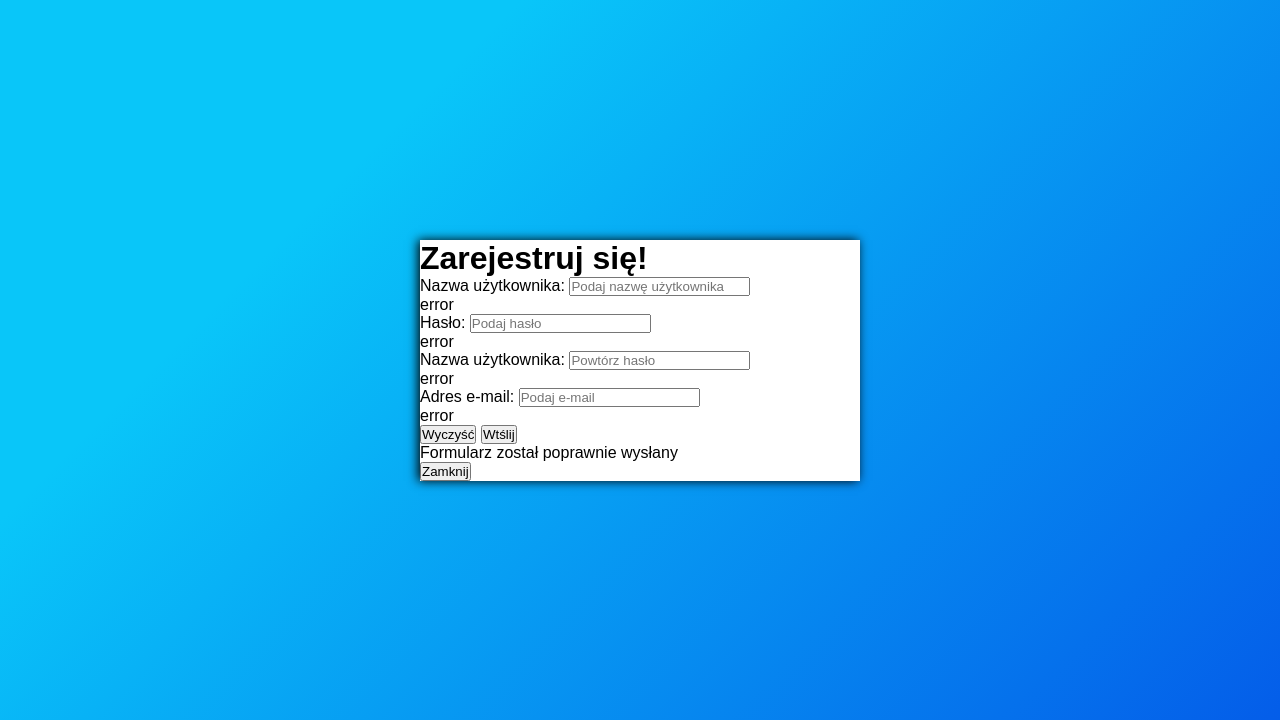
Repository: KrzysKolo/Projekt-3_Formularz-rejestracyjny
Page: index.html
These files come from the project's save history. The page is drawn as it stood at one moment and after the next save; the edit follows.
The browser window is 1280 px wide. The pictures show the whole page.
Some web fonts or font styles are not loaded; a fallback is used.

Above is the page before, as saved 2020-07-04 02:01:32.

After the next save:
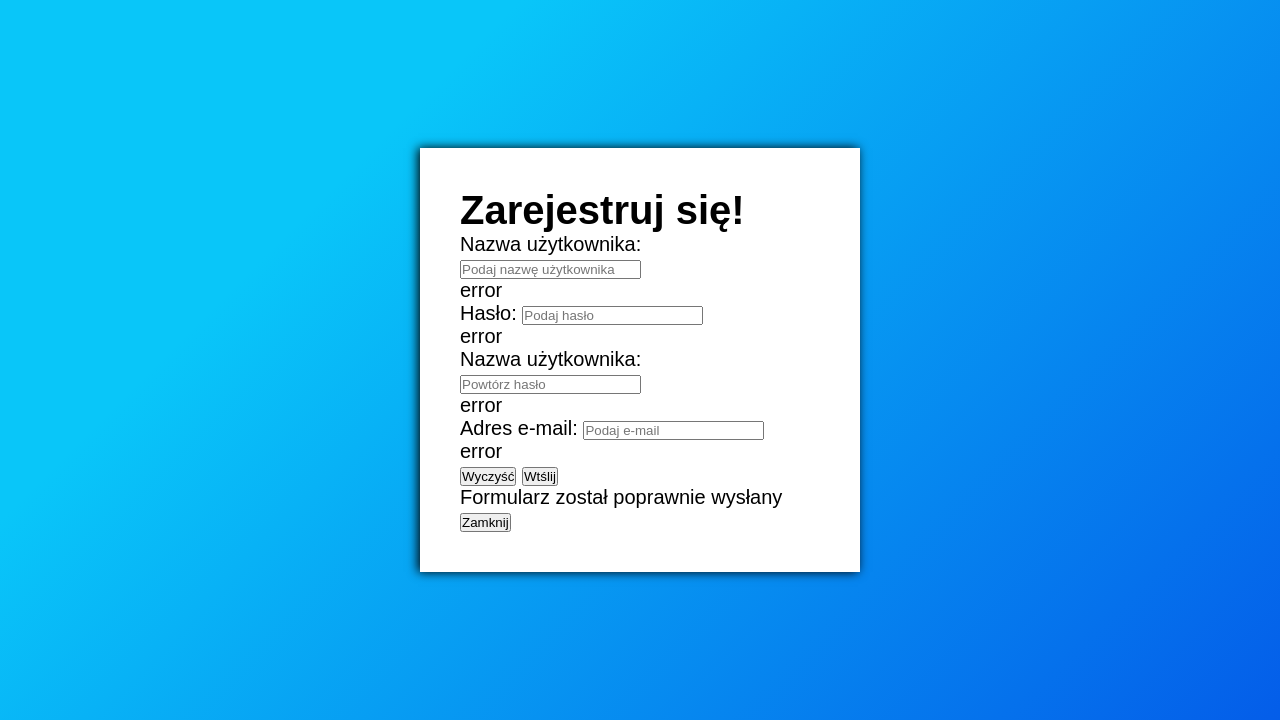
Saved 75 s later.
--- a/css/style.css
+++ b/css/style.css
@@ -16,3 +16,7 @@ body {
   background-color: #fff;
   box-shadow: -2px 0 10px #000;
 }
+.form {
+  padding: 40px;
+  font-size: 20px;
+}
